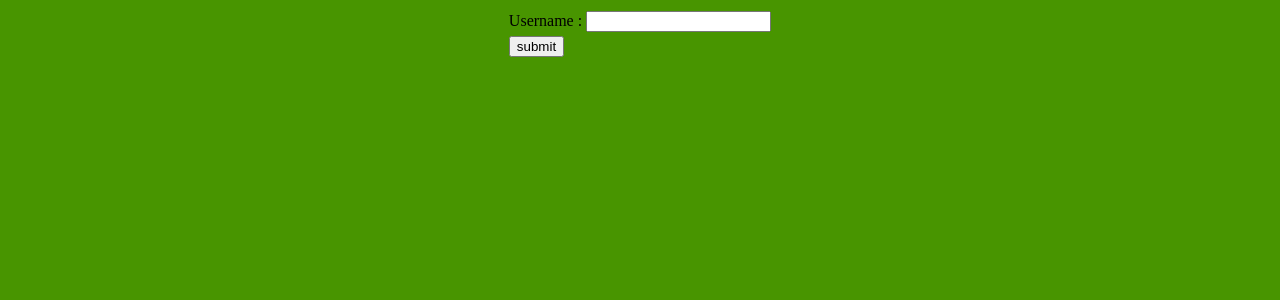
Repository: akale1992/Learning-HIBERNATE-SERVLETS
Page: servletconfig/WebContent/index.html
These files come from the project's save history. The page is drawn as it stood at one moment and after the next save; the edit follows.
The browser window is 1280 px wide. The pictures show the whole page.

Above is the page before, as saved 2015-09-07 04:46:20.

After the next save:
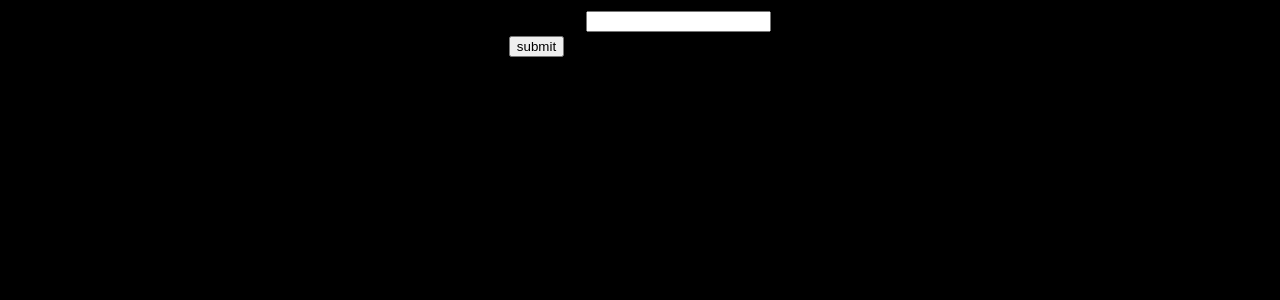
Saved 35 s later.
--- a/servletconfig/WebContent/index.html
+++ b/servletconfig/WebContent/index.html
@@ -4,7 +4,7 @@
 <meta charset="ISO-8859-1">
 <title></title>
 </head>
-<body bgcolor="#4895">
+<body bgcolor="#0000">
 	<form action="do" method="post">
 		<table align="center">
 			<tr>
